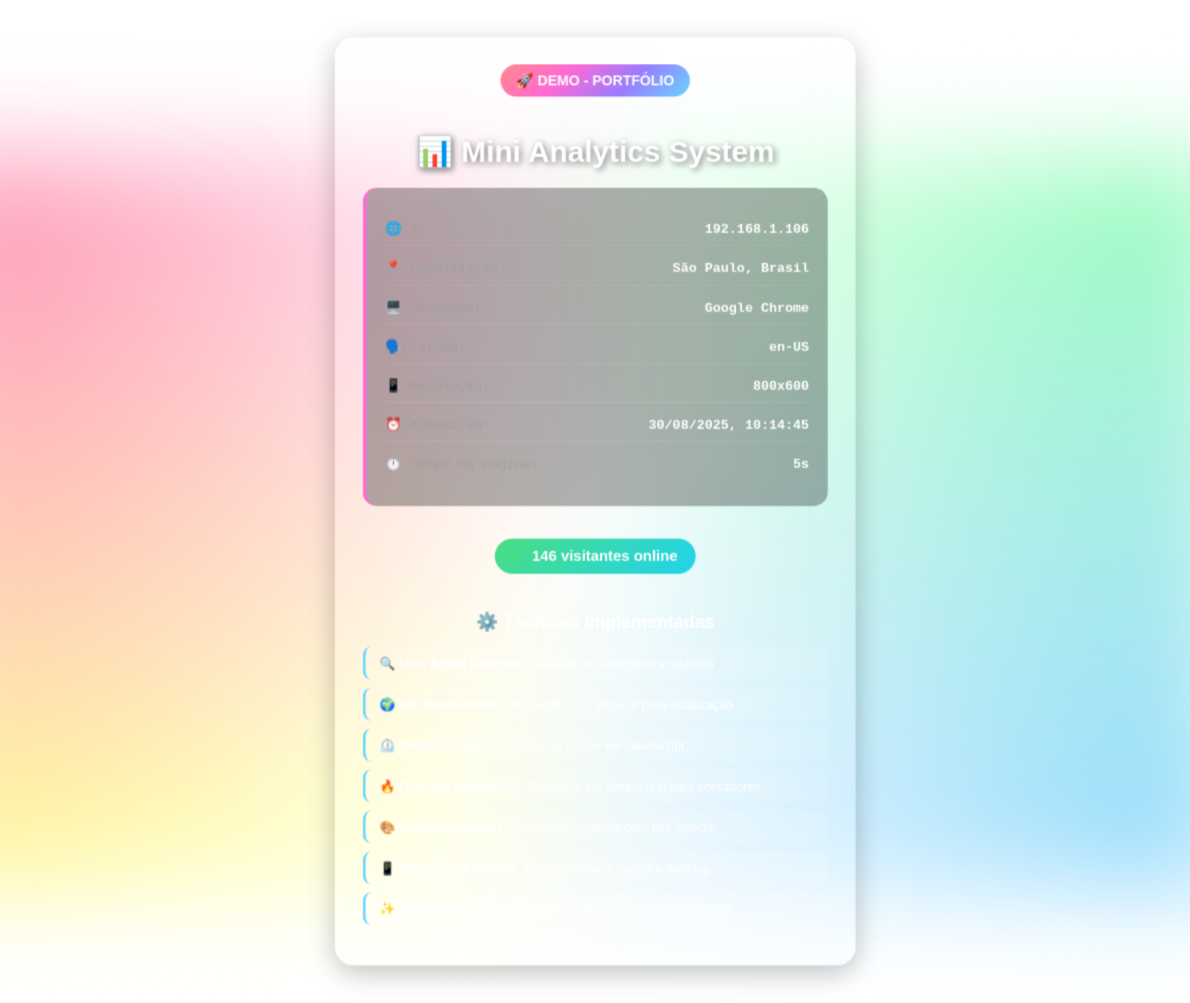
Repository: nardogod/mini-analytics
Page: mini.html
The author's editor kept a copy of each file at every save. The page is drawn from the files as they stood at one save, then again after the next save.
The browser window is 1280 px wide. The pictures show the whole page, at 93% of full size.

Above is the page before, as saved 2025-08-30 10:34:03.

After the next save:
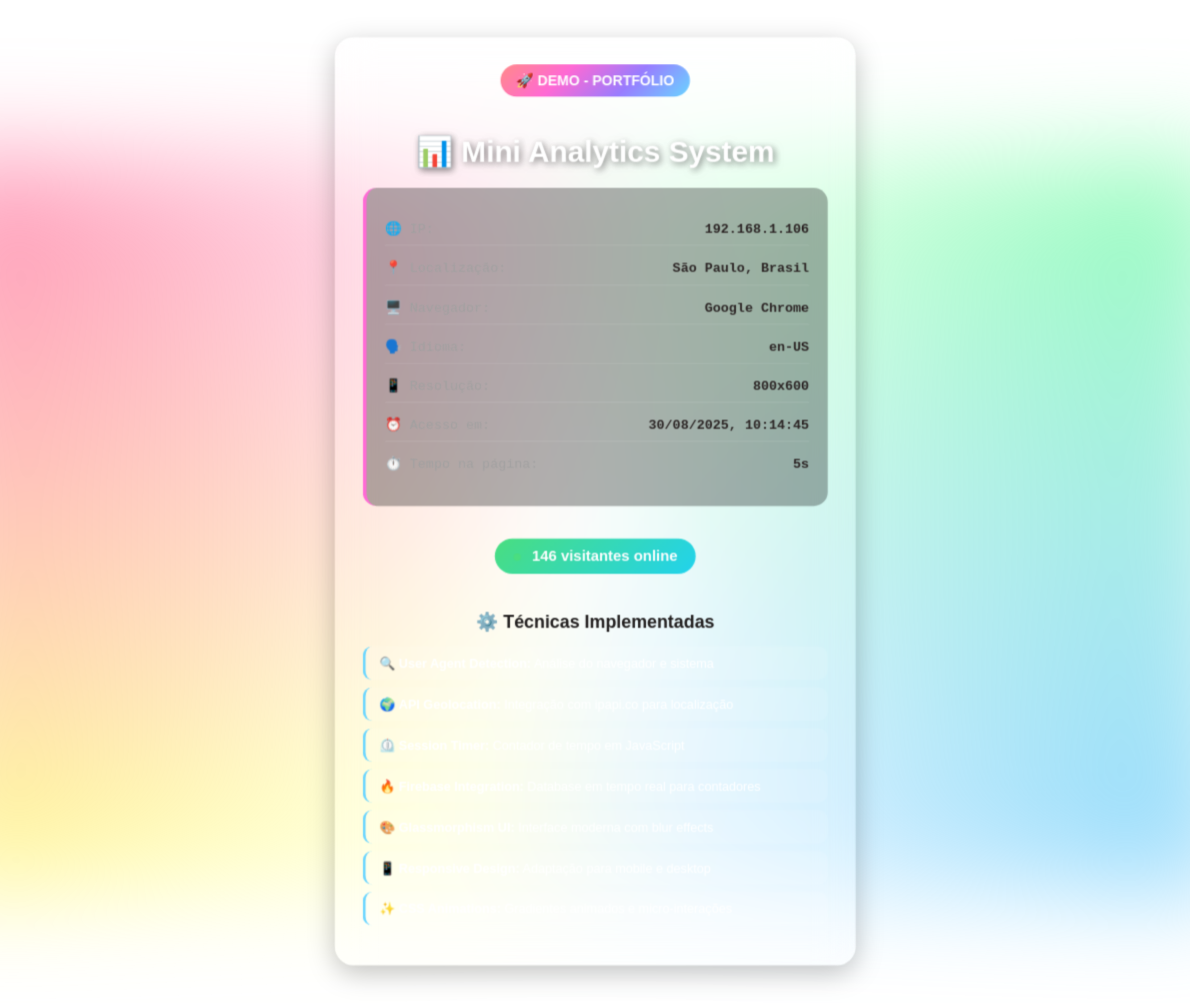
Saved 24 s later.
--- a/mini.html
+++ b/mini.html
@@ -129,7 +129,7 @@
       }
 
       .value {
-        color: #fff;
+        color: #2b2424;
         font-weight: bold;
       }
 
@@ -143,7 +143,7 @@
         font-size: 1.2rem;
         margin-bottom: 15px;
         text-align: center;
-        color: #fff;
+        color: #1f1c1c;
       }
 
       .tecnicas ul {
